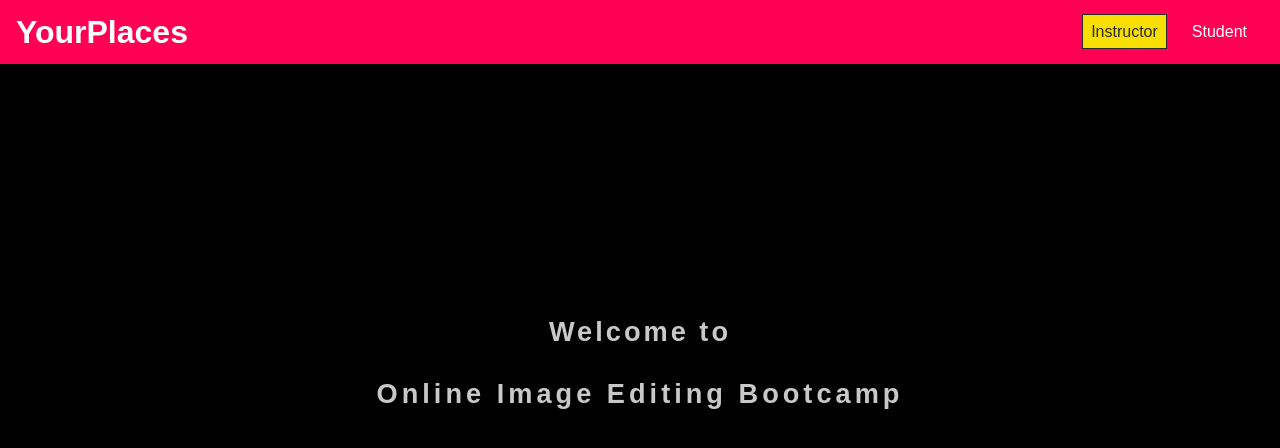
Repository: TanviSanyal/ImageEditingBootcamp
Page: /
An editor plug-in stored every save of this project. The page is shown before and after the next save, followed by the edit.
The browser window is 1280 px wide. The pictures show the whole page.
The project was rebuilt for these pictures with package versions that can differ from the ones it lists, and the page was loaded fresh each time. Also part of the build but not shown: src/shared/components/navigation/SideDrawer.css, src/shared/components/UIElements/Backdrop.css, src/shared/components/UIElements/Backdrop.js.

Above is the page before, as saved 2020-09-26 23:56:11.

After the next save:
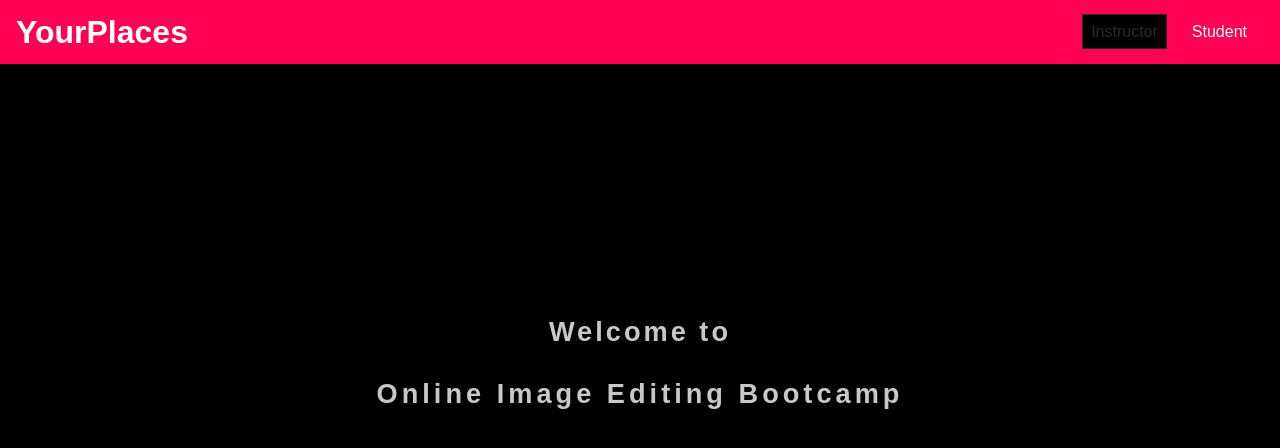
Saved 26 s later.
--- a/src/shared/components/navigation/NavLinks.css
+++ b/src/shared/components/navigation/NavLinks.css
@@ -24,7 +24,7 @@
   .nav-links a:hover,
   .nav-links a:active,
   .nav-links a.active {
-    background: #f8df00;
+    background: black;
     border-color: #292929;
     color: #292929;
   }
